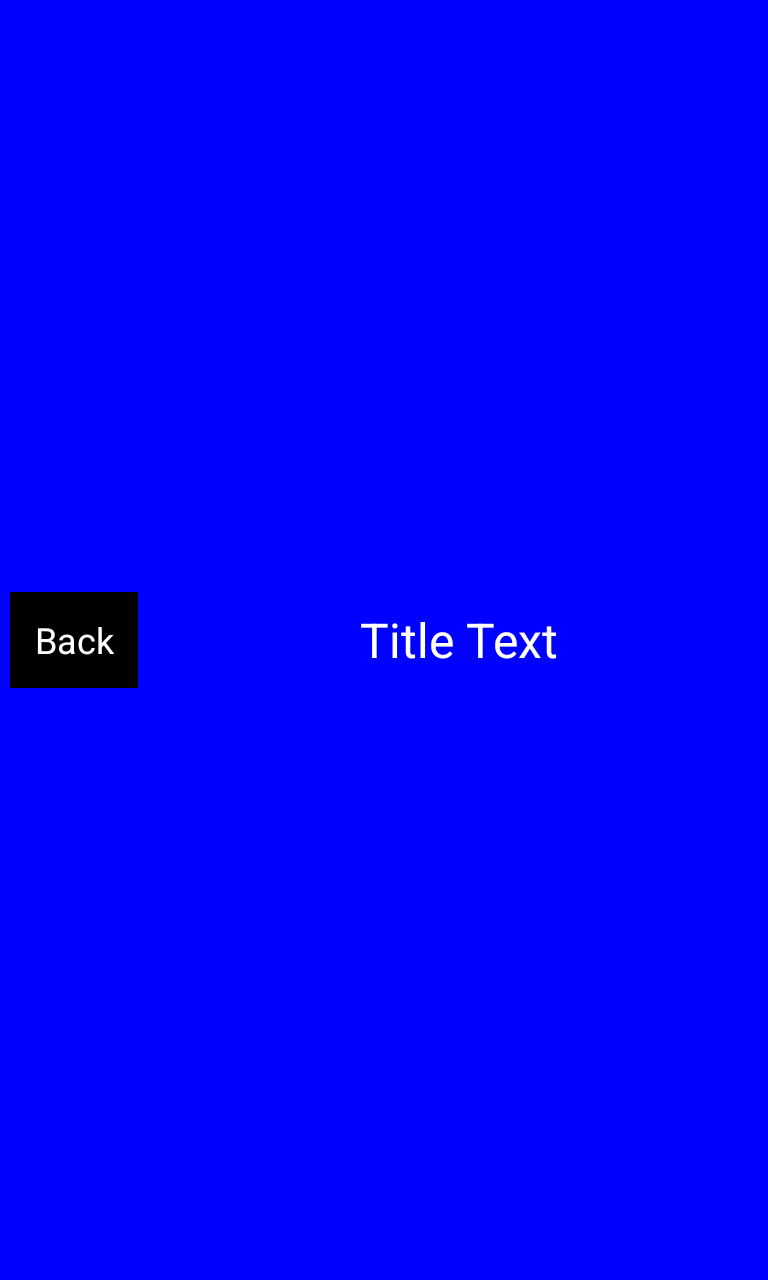
Repository: Wang-Xuan/Hello-World
Layout: UICustomViews/res/layout/title.xml
The author's editor kept a copy of each file at every save. The layout is drawn from the files as they stood at one save, then again after the next save.
It is drawn on a 768 x 1280 px phone screen (xhdpi) without system bars, with theme AppTheme; the app's code is not run.

Above is the layout before, as saved 2014-12-08 08:56:02.

### UICustomViews/res/layout/title.xml
<?xml version="1.0" encoding="utf-8"?>
<LinearLayout xmlns:android="http://schemas.android.com/apk/res/android"
    android:layout_width="match_parent"
    android:layout_height="wrap_content"
    android:background="#0000ff" >

    <Button
        android:id="@+id/title_back"
        android:layout_width="wrap_content"
        android:layout_height="wrap_content"
        android:layout_gravity="center"
        android:layout_margin="5dip"
        android:background="#000000"
        android:text="Back"
        android:textColor="#fff" />

    <TextView
        android:id="@+id/title_text"
        android:layout_width="0dp"
        android:layout_height="wrap_content"
        android:layout_gravity="center"
        android:layout_weight="1"
        android:gravity="center"
        android:text="Title Text"
        android:textColor="#fff"
        android:textSize="24dp" />

</LinearLayout>

Loaded but not shown: UICustomViews/res/values/styles.xml (common file); UICustomViews/res/values-v11/styles.xml (common file); UICustomViews/res/values-v14/styles.xml (common file)

After the next save:
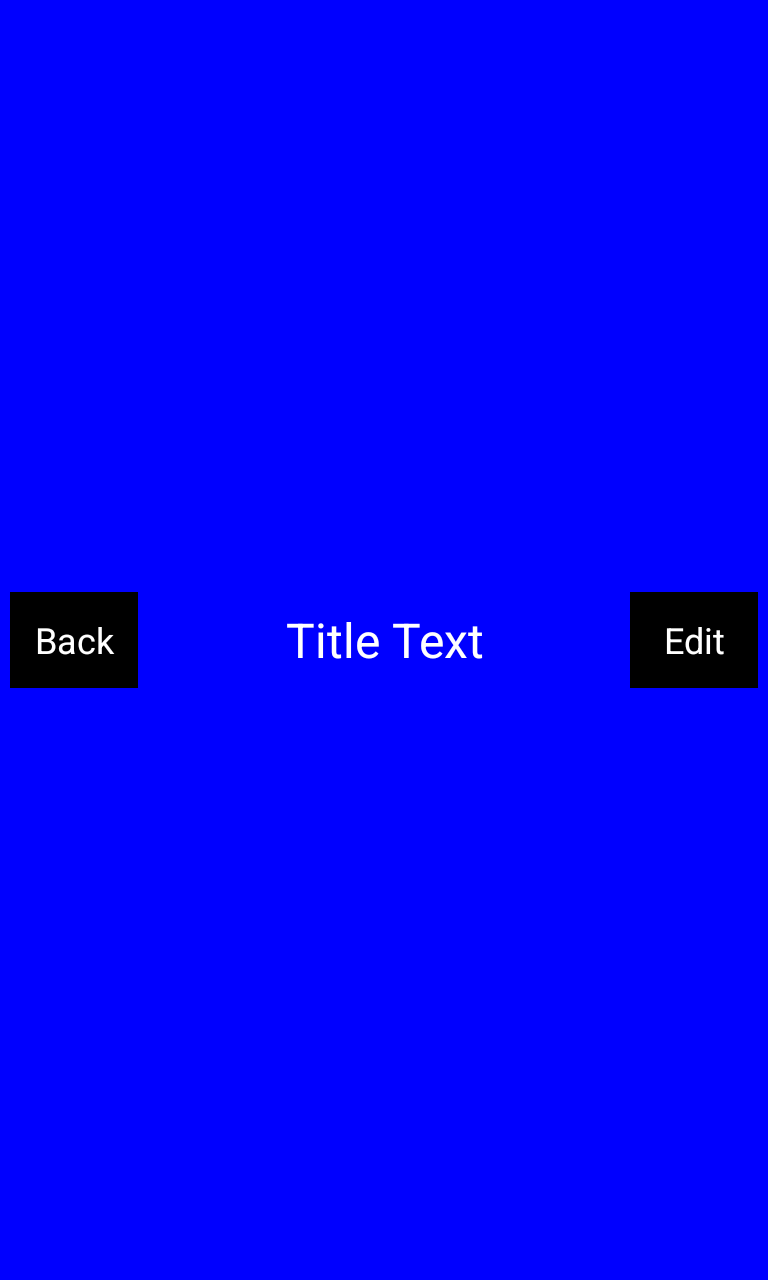
Saved 88 s later.
--- a/UICustomViews/res/layout/title.xml
+++ b/UICustomViews/res/layout/title.xml
@@ -25,4 +25,14 @@
         android:textColor="#fff"
         android:textSize="24dp" />
 
+    <Button
+        android:id="@+id/title_edit"
+        android:layout_width="wrap_content"
+        android:layout_height="wrap_content"
+        android:layout_gravity="center"
+        android:layout_margin="5dip"
+        android:background="#000000"
+        android:text="Edit"
+        android:textColor="#fff" />
+
 </LinearLayout>
